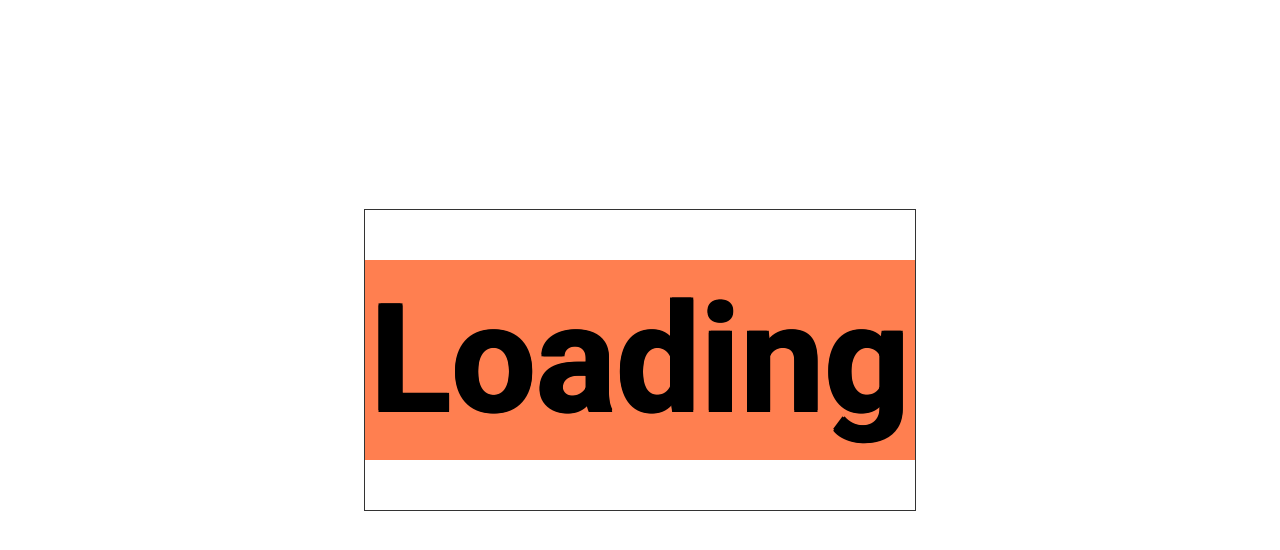
Repository: safak/animation
Page: index-4.html
These files come from the project's save history. The page is drawn as it stood at one moment and after the next save; the edit follows.
The browser window is 1280 px wide. The pictures show the whole page.

Above is the page before, as saved 2020-12-17 00:29:07.

### index-4.html
<html lang="en">
  <head>
    <meta charset="UTF-8" />
    <meta name="viewport" content="width=device-width, initial-scale=1.0" />
    <link rel="stylesheet" href="style.css" />
    <link
      href="https://fonts.googleapis.com/css2?family=Roboto:wght@300;400;500;700;900&display=swap"
      rel="stylesheet"
    />
    <link
      rel="stylesheet"
      href="https://cdnjs.cloudflare.com/ajax/libs/font-awesome/5.15.1/css/all.min.css"
      integrity="sha512-+4zCK9k+qNFUR5X+cKL9EIR+ZOhtIloNl9GIKS57V1MyNsYpYcUrUeQc9vNfzsWfV28IaLL3i96P9sdNyeRssA=="
      crossorigin="anonymous"
    />
    <title>Document</title>
  </head>
  <body>
    <div class="container">
      <h1>Loading</h1>
      <div class="fill"></div>
    </div>
    </div>
  </body>
</html>

### style.css
* {
  margin: 0;
}

body {
  display: flex;
  align-items: center;
  justify-content: center;
  font-family: "Roboto", sans-serif;
}

.container {
  width: 300px;
  height: 300px;
  display: flex;
  flex-direction: column;
  align-items: center;
  justify-content: center;
}

/* PAGE1

h1{
  color: coral;
}

.circle-container {
  display: flex;
}

.circle {
  width: 20px;
  height: 20px;
  border-radius: 50%;
  margin: 10px;
  animation: loading 1s infinite;
  opacity: 0;
}

.circle-1{
  background-color: tomato;
}

.circle-2{
  background-color: salmon;
}

.circle-3{
  background-color: coral;
}

@keyframes loading {
  100% {
    opacity: 1;
  }
} */

/* PAGE2

h1 {
  color: coral;
}

.circle-container {
  display: flex;
}

.circle {
  width: 20px;
  height: 20px;
  border-radius: 50%;
  margin: 10px;
  animation: loading .5s infinite alternate;
}

.circle-1 {
  background-color: tomato;
}

.circle-2 {
  background-color: salmon;
}

.circle-3 {
  background-color: coral;
}

@keyframes loading {
  25% {
    transform: translate(10px, -10px);
  }
  50% {
    transform: translate(20px, -20px);
  }
  75% {
    transform: translate(30px, -10px);
  }
  100% {
    transform: translate(30px, 0px);
  }
} */

/* PAGE3

h1 {
  color: coral;
  font-weight: 300;
  margin-top: ;
}

.circle-container {
  display: flex;
  border-bottom: 2px solid lightcoral;
  padding: 0px;
}

.circle {
  width: 20px;
  height: 20px;
  border-radius: 50%;
  margin: 0px 10px;
  animation: loading 0.5s infinite alternate;
}

.circle-1 {
  background-color: tomato;
}

.circle-2 {
  background-color: salmon;
  animation-delay: 0.1s;
}

.circle-3 {
  background-color: coral;
  animation-delay: .2s;
}

@keyframes loading {
  100% {
    transform: translateY(-100px);
  }
} */

/* PAGE3 */

.container {
  width: 550px;
  border: 1px solid #333;
  position: relative;
  overflow: hidden;
}

h1 {
  font-size: 150px;
  width: 100%;
  height: 100%;
  display: flex;
  align-items: center;
  justify-content: center;
  text-shadow: -1px -1px 0 #000, 1px -1px 0 #000, -1px 1px 0 #000,
    1px 1px 0 #000;
  z-index: 1;

}

.fill {
  position: absolute;
  /* left: -100%; */
  width: 100%;
  height: 200px;
  background-color: coral;
  z-index: 0;
}

After the next save:
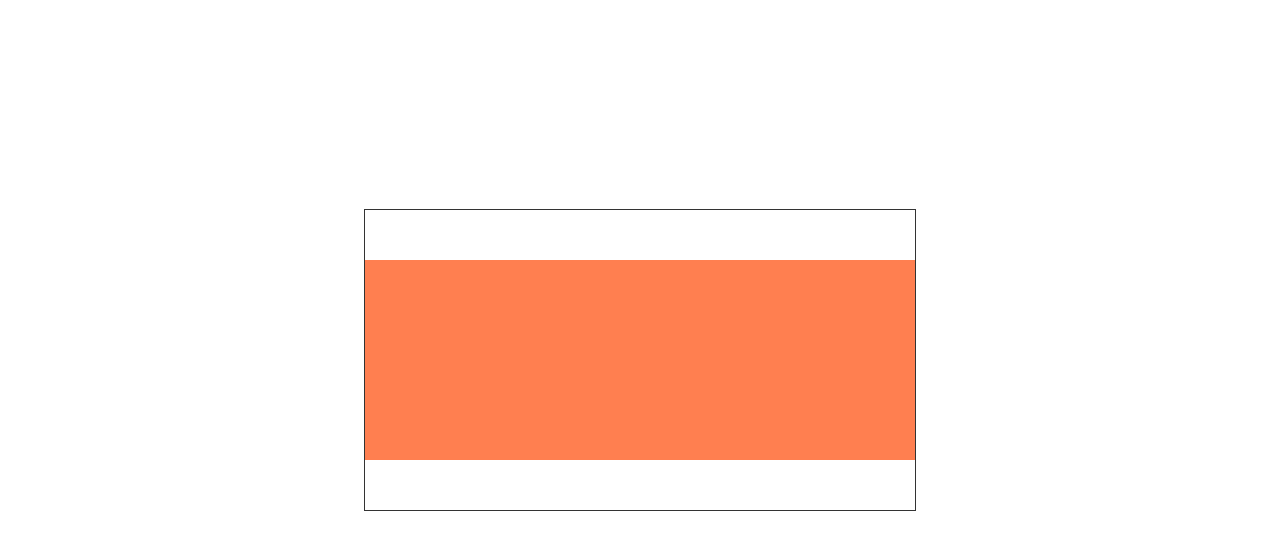
Saved 11 s later.
--- a/index-4.html
+++ b/index-4.html
@@ -17,8 +17,7 @@
   </head>
   <body>
     <div class="container">
-      <h1>Loading</h1>
-      <div class="fill"></div>
+      <h1>Loading<div class="fill"></div></h1>
     </div>
     </div>
   </body>
